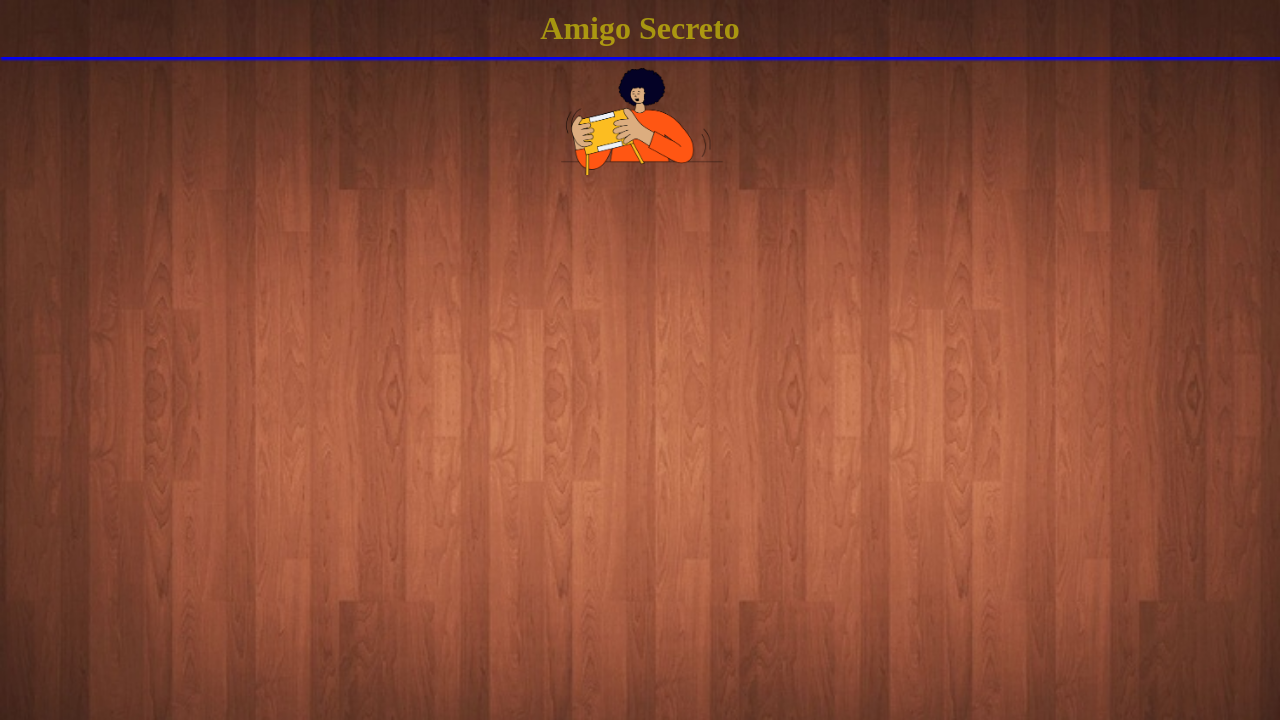
Repository: ye909/secreto
Page: index.html
These files come from the project's save history. The page is drawn as it stood at one moment and after the next save; the edit follows.
The browser window is 1280 px wide. The pictures show the whole page.

Above is the page before, as saved 2025-01-25 09:41:07.
Console error: TypeError: Cannot read properties of null (reading 'addEventListener')

After the next save:
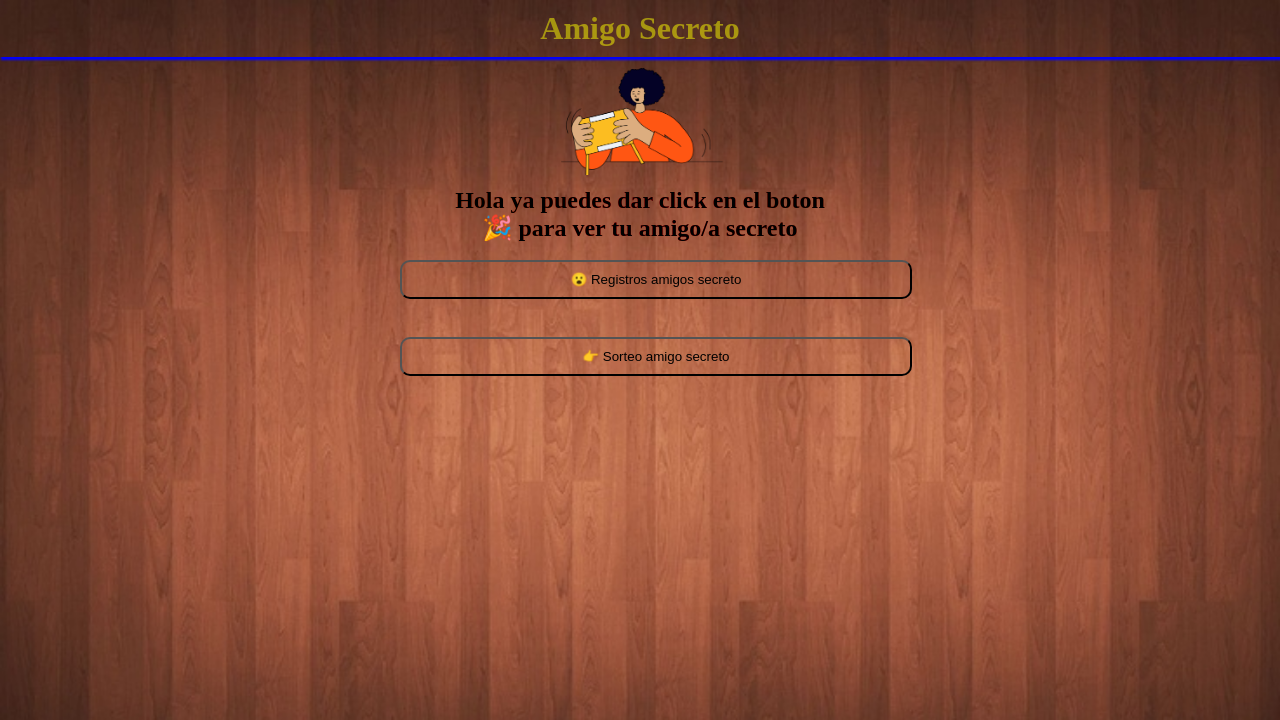
Saved 35 s later.
--- a/css/style.css
+++ b/css/style.css
@@ -80,12 +80,12 @@
 
       display: none
     }
-    .containerbtnsorteo{
+    /* .containerbtnsorteo{
 
 
       display:none;
 
-    }
+    } */
     .containerbtnsorteo button{
       width: 40%;
     margin-left: 400px;
